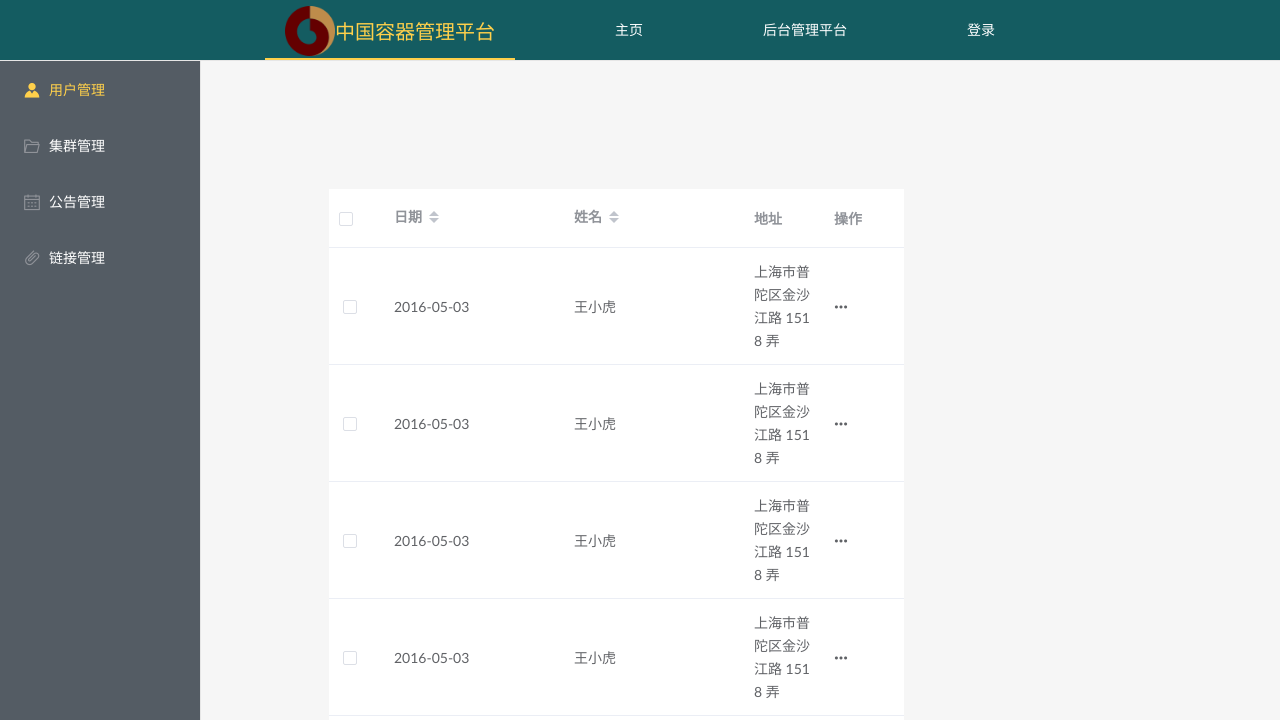
Repository: lei123zhou/zhongjin
Page: /main/management/user
An editor plug-in stored every save of this project. The page is shown before and after a run of saves, followed by the edit.
The browser window is 1280 px wide. The pictures show the whole page.
The project was rebuilt for these pictures with package versions that can differ from the ones it lists, and the page was loaded fresh each time. Also part of the build but not shown: vue.config.js.

Above is the page before, as saved 2022-08-29 22:10:40.

### src/main.js
import Vue from "vue";
import App from "./App.vue";

Vue.config.productionTip = false;
import "./plugins/element";

import "./main.less";
import router from "./route/index.js";
import store from "./store/index.js";
new Vue({
  router,
  store,
  render: (h) => h(App),
}).$mount("#app");

### src/App.vue
<template>
  <div id="app">
    <router-view></router-view>
  </div>
</template>

<script>
export default {
};
</script>

<style>
#app{
  height: 100%;
  overflow: hidden;

}
</style>>

### src/plugins/element.js
import Vue from "vue";
import {
  Button,
  Form,
  Input,
  Icon,
  FormItem,
  Loading,
  Card,
  Menu,
  MenuItem,
  Submenu,
  Table,
  TableColumn,
  Dropdown,
  DropdownMenu,
  DropdownItem,
  Tooltip,
  Popover,
  Pagination,
  Link,
  Dialog,
  Row,
  Col,
} from "element-ui";
import "element-ui/lib/theme-chalk/index.css";
Vue.use(Button);
Vue.use(Form);
Vue.use(Input);
Vue.use(Icon);
Vue.use(FormItem);
Vue.use(Card);
Vue.use(Menu);
Vue.use(MenuItem);
Vue.use(Submenu);
Vue.use(Table);
Vue.use(TableColumn);
Vue.use(Dropdown);
Vue.use(DropdownMenu);
Vue.use(DropdownItem);
Vue.use(Tooltip);
Vue.use(Popover);
Vue.use(Pagination);
Vue.use(Link);
Vue.use(Dialog);
Vue.use(Row);
Vue.use(Col);
Vue.use(Loading);

### src/main.less
@media (min-width:0px){
    html{font-size:12px;}
}
@media (min-width: 320px){
    html{font-size:12px;}
}
@media (min-width: 340px){
    html{font-size:13px;}
}
@media (min-width: 360px){
    html{font-size:14px;}
}
@media (min-width: 380px){
    html{font-size:15px;}
}
@media (min-width: 400px){
    html{font-size:15px;}
}
@media (min-width: 420px){
    html{font-size:16px;}
}
*{
    margin: 0;
    padding: 0;
}
ul,ol,li,dl{
    list-style-type: none;
}
a{
    text-decoration: none;
}
html,body{
    height: 100%;

    overflow: hidden;

}
body{
    font-family: 'Trebuchet MS', 'Lucida Sans Unicode', 'Lucida Grande', 'Lucida Sans', Arial, sans-serif;
    color: #666;
    line-height: 1.5;
}
.bottom-border,
.top-border {
  position: relative;
}

.bottom-border::after,
.top-border::before {
  content: '';
  position: absolute;
  left: 0;
  right: 0;
  height: 1px;
  background-color:#d43c33;
  transform: scaleY(0.5);
}

.top-border::before {
  top: 0;
}

.bottom-border::after {
  bottom: 0;
}

### src/route/index.js
import Vue from "vue";
import VueRouter from "vue-router";
Vue.use(VueRouter);
const originPush = VueRouter.prototype.push;
VueRouter.prototype.push = function push(location) {
  return originPush.call(this, location).catch((err) => err);
};
const routes = [
  { path: "/", redirect: "/login" },
  {
    path: "/login",
    name: "login",
    component: () => import("../pages/login/LoginPage.vue"),
  },
  {
    path: "/main",
    name: "main",
    component: () => import("../pages/main/MainPage.vue"),
    children: [
      { path: "", redirect: "/main/home" },
      {
        path: "home",
        name: "home",
        component: () => import("../pages/home/HomePage.vue"),
      },
      {
        path: "management",
        name: "management",
        component: () => import("../pages/management/ManagementPage.vue"),
        children: [
          { path: "", redirect: "/main/management/user" },
          {
            path: "user",
            name: "user",
            component: () => import("../pages/management/user/UserPage.vue"),
          },
          {
            path: "link",
            name: "link",
            component: () => import("../pages/management/link/LinkPage.vue"),
          },
          {
            path: "colony",
            name: "colony",
            component: () =>
              import("../pages/management/colony/ColonyPage.vue"),
          },
          {
            path: "notice",
            name: "notice",
            component: () =>
              import("../pages/management/notice/NoticePage.vue"),
          },
        ],
      },
    ],
  },
];
const router = new VueRouter({
  routes,
  mode: "history",
});
export default router;

### src/store/index.js
import Vue from 'vue';
import Vuex from 'vuex';
Vue.use(Vuex);
export default new Vuex.Store({
    state:{},
    getters:{},
    mutations:{}
})

### src/pages/main/MainPage.vue
<template>
  <div class="main">
    <div class="heard">
      <el-menu
        :default-active="activeIndex2"
        class="el-menu-demo"
        mode="horizontal"
        @select="handleSelect"
        background-color="#145c61"
        text-color="#fff"
        active-text-color="#ffd04b"
      >
        <el-menu-item index="1">
          <template slot="title">
            <img src="../../assets/u2.png" alt="" id="logo" />
            <span class="login-title">中国容器管理平台</span>
          </template></el-menu-item
        >
        <el-menu-item index="2">主页</el-menu-item>
        <el-menu-item index="3" @click="toManagement"
          >后台管理平台</el-menu-item
        >
        <el-menu-item index="null">登录</el-menu-item>
      </el-menu>
    </div>
    <router-view></router-view>
  </div>
</template>

<script>
export default {
  data() {
    return {
      activeIndex: "1",
      activeIndex2: "1",
    };
  },
  methods: {
    handleSelect(key, keyPath) {
      console.log(key, keyPath);
    },
    toManagement() {
      this.$router.push("/main/management");
    },
  },
};
</script>
<style lang="less" scoped>
.main {
  display: flex;
  flex-direction: column;
  justify-content: start;
  background-color: #f6f6f6;
  height: 100%;
  .heard {
    width: 100%;
    background-color: "#145c61";
  }
}
.login-title {
  font-size: 20px;
  line-height: 61px;
}
.clearfix {
  display: flex;
  align-content: center;
  justify-content: space-around;
}
#logo {
  width: 50px;
}
/deep/.el-menu.el-menu--horizontal {
  display: flex;
  justify-content: center;
  li {
    margin: 0 40px;
    padding: 0 20px;
  }
}
</style>

### src/pages/management/ManagementPage.vue
<template>
  <div class="manangement">
    <el-menu
      default-active="user"
      class="el-menu-vertical-demo"
      @open="handleOpen"
      @close="handleClose"
      background-color="#545c64"
      text-color="#fff"
      active-text-color="#ffd04b"
      router
    >
      <el-menu-item index="user">
        <i class="el-icon-s-custom"></i>
        <span slot="title">用户管理</span>
      </el-menu-item>
      <el-menu-item index="colony">
        <i class="el-icon-folder-opened"></i>
        <span slot="title">集群管理</span>
      </el-menu-item>
      <el-menu-item index="notice">
        <i class="el-icon-date"></i>
        <span slot="title">公告管理</span>
      </el-menu-item>
      <el-menu-item index="link">
        <i class="el-icon-paperclip"></i>
        <span slot="title">链接管理</span>
      </el-menu-item>
    </el-menu>
    <router-view></router-view>
  </div>
</template>

<script>
export default {
  methods: {
    handleOpen(key, keyPath) {
      console.log(key, keyPath);
    },
    handleClose(key, keyPath) {
      console.log(key, keyPath);
    },
  },
};
</script>

<style lang="less" scoped>
.manangement {
  display: flex;
  width: 100%;
  height: 100%;
  .el-menu{
    width: 200px;
  }
}

</style>

### src/pages/management/user/UserPage.vue
<template>
  <div class="user">
    <el-table
      ref="multipleTable"
      :data="tableData"
      tooltip-effect="dark"
      style="width: 100%"
      @selection-change="handleSelectionChange"
    >
      <el-table-column type="selection" width="55"> </el-table-column>
      <el-table-column prop="date" label="日期" sortable width="180">
      </el-table-column>
      <el-table-column prop="name" label="姓名" sortable width="180">
      </el-table-column>
      <el-table-column prop="address" label="地址" :formatter="formatter">
      </el-table-column>
      <el-table-column label="操作">
        <el-popover placement="right" width="40" trigger="hover">
          <template slot-scope="scope">
            <el-button size="mini" @click="handleEdit(scope.$index, scope.row)"
              >编辑</el-button
            >
            <el-button
              size="mini"
              type="danger"
              @click="handleDelete(scope.$index, scope.row)"
              >删除</el-button
            >
          </template>
          <i slot="reference" class="el-icon-more"></i>
        </el-popover>
      </el-table-column>
    </el-table>
    <el-pagination background layout="prev, pager, next" :total="1000">
    </el-pagination>
    <div style="margin-top: 20px" v-if="allDel">
      <el-button @click="toggleSelection([tableData[1], tableData[2]])"
        >全部删除</el-button
      >
      <el-button @click="toggleSelection()">取消选择</el-button>
    </div>
  </div>
</template>

<script>
export default {
  data() {
    return {
      allDel: false,
      tableData: [
        {
          date: "2016-05-03",
          name: "王小虎",
          address: "上海市普陀区金沙江路 1518 弄",
        },
        {
          date: "2016-05-03",
          name: "王小虎",
          address: "上海市普陀区金沙江路 1518 弄",
        },
        {
          date: "2016-05-03",
          name: "王小虎",
          address: "上海市普陀区金沙江路 1518 弄",
        },
        {
          date: "2016-05-03",
          name: "王小虎",
          address: "上海市普陀区金沙江路 1518 弄",
        },
        {
          date: "2016-05-03",
          name: "王小虎",
          address: "上海市普陀区金沙江路 1518 弄",
        },
        {
          date: "2016-05-03",
          name: "王小虎",
          address: "上海市普陀区金沙江路 1518 弄",
        },
        {
          date: "2016-05-03",
          name: "王小虎",
          address: "上海市普陀区金沙江路 1518 弄",
        },
        {
          date: "2016-05-03",
          name: "王小虎",
          address: "上海市普陀区金沙江路 1518 弄",
        },
        {
          date: "2016-05-03",
          name: "王小虎",
          address: "上海市普陀区金沙江路 1518 弄",
        },
        {
          date: "2016-05-02",
          name: "王小虎",
          address: "上海市普陀区金沙江路 1518 弄",
        },
        {
          date: "2016-05-04",
          name: "王小虎",
          address: "上海市普陀区金沙江路 1518 弄",
        },
        {
          date: "2016-05-01",
          name: "王小虎",
          address: "上海市普陀区金沙江路 1518 弄",
        },
      ],
    };
  },
  methods: {
    toggleSelection(rows) {
      if (rows) {
        rows.forEach((row) => {
          this.$refs.multipleTable.toggleRowSelection(row);
        });
      } else {
        this.$refs.multipleTable.clearSelection();
      }
    },
    handleSelectionChange(val) {
      this.multipleSelection = val;
      this.allDel = !this.allDel;
    },
    // 编辑删除
    handleEdit(index, row) {
      console.log(index, row);
    },
    handleDelete(index, row) {
      console.log(index, row);
    },

    formatter(row) {
      return row.address;
    },
  },
};
</script>

<style lang="less" scoped>
.user{
    margin: 10vw;
}
</style>

Loaded but not shown: public/index.html (common file)

After the next 4 saves:
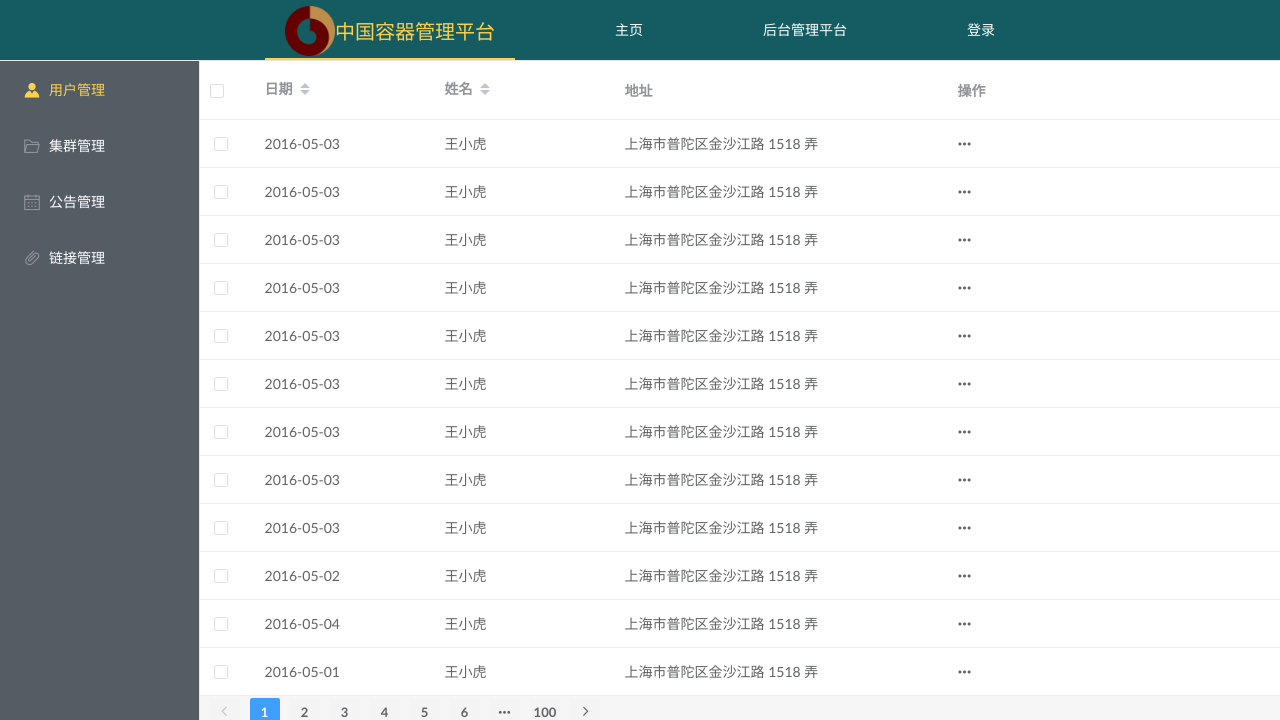
The 4 saves are shown as one change because 1 did not build or start and some came seconds apart.
The last was saved 21 s later.
--- a/src/pages/management/user/UserPage.vue
+++ b/src/pages/management/user/UserPage.vue
@@ -142,6 +142,6 @@ export default {
 
 <style lang="less" scoped>
 .user{
-    margin: 10vw;
+    width: 85%;
 }
 </style>
